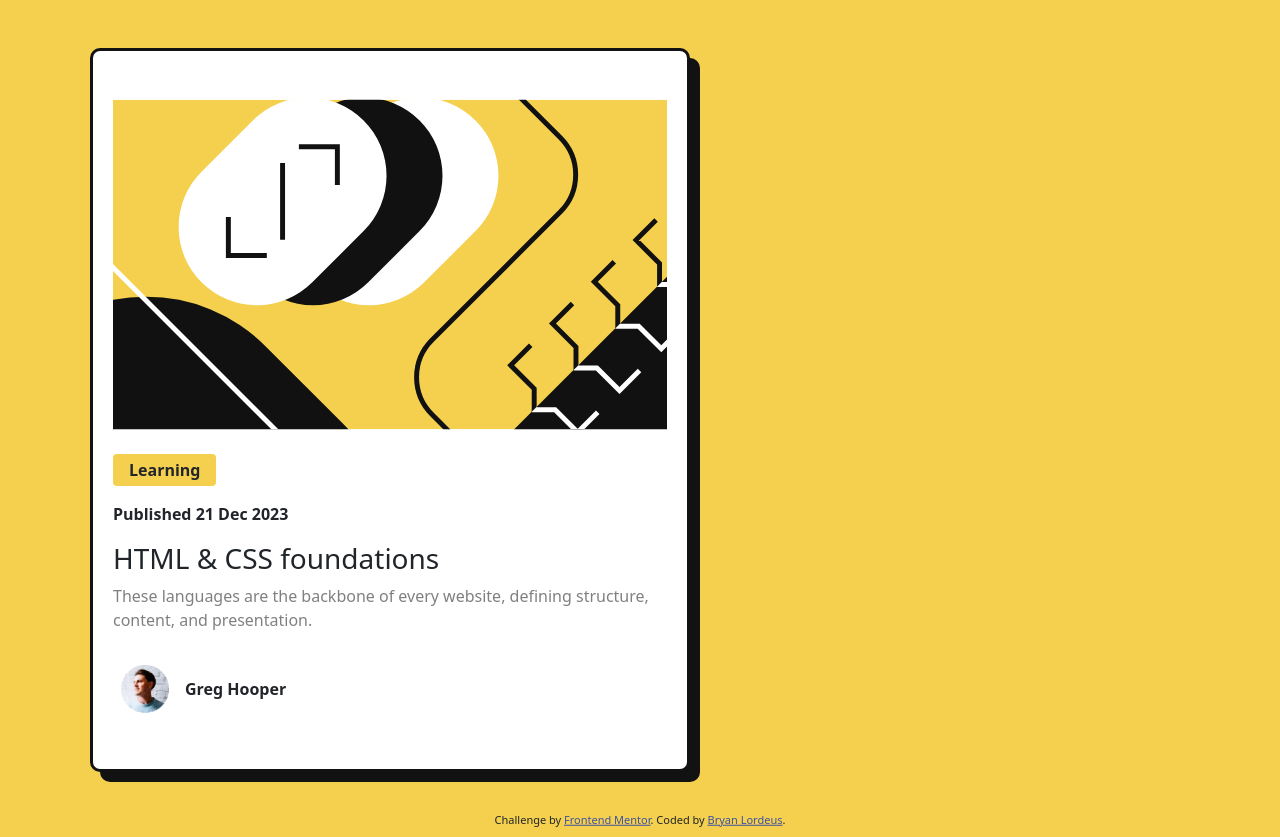
Repository: blordeus/blog-preview-card
Page: index.html
The author's editor kept a copy of each file at every save. The page is drawn from the files as they stood at one save, then again after a run of saves.
The browser window is 1280 px wide. The pictures show the whole page.
The style sheet was rebuilt from its Sass, Less or Tailwind sources for each picture, by a compiler version that may differ from the author's.

Above is the page before, as saved 2024-02-10 10:52:49.

### index.html
<!DOCTYPE html>
<html lang="en">
<head>
  <meta charset="UTF-8">
  <meta name="viewport" content="width=device-width, initial-scale=1.0"> <!-- displays site properly based on user's device -->

  <link rel="icon" type="image/png" sizes="32x32" href="./assets/images/favicon-32x32.png">
  <link rel="stylesheet" href="style.css">
  <link href="https://cdn.jsdelivr.net/npm/bootstrap@5.1.3/dist/css/bootstrap.min.css" rel="stylesheet" integrity="sha384-1BmE4kWBq78iYhFldvKuhfTAU6auU8tT94WrHftjDbrCEXSU1oBoqyl2QvZ6jIW3" crossorigin="anonymous">
  <title>Frontend Mentor | Blog preview card</title>

</head>
<body class="yellow-bg container">
<main class=" white-bg black-shadow row py-4 px-2 mx-2 my-5 py-md-5 grid grid-rows-4 justify-items-center align-content-start">
    <img class="img-header" src="assets\images\illustration-article.svg" alt="header image">
    <div class="mt-4">
      <p class="yellow-bg d-inline-block px-3 py-1 rounded fw-bold">Learning</p>
    </div>

    <p class="fw-bold">Published 21 Dec 2023</p>

    <h1 class="h3">HTML & CSS foundations</h1>

    <p class="grey-text">These languages are the backbone of every website, defining structure, content, and presentation.</p>

    <div class="d-flex gap-2 pt-2 align-items-center">
      <img class="greg" src="assets\images\image-avatar.webp" alt="author image">
      <p class="mt-3 fw-bold">Greg Hooper</p>
    </div>

</main>
<div class="attribution d-none d-sm-block translate-middle-y">
    Challenge by <a href="https://www.frontendmentor.io?ref=challenge" target="_blank">Frontend Mentor</a>.
    Coded by <a href="www.bryanlordeus.com">Bryan Lordeus</a>.
  </div>
</body>
</html>

### style.scss
@font-face {
    font-family: Figtree;
    src: url(./assets/fonts/Figtree-VariableFont_wght.ttf);
}

@font-face {
    font-family: Figtree-Italic;
    src: url(./assets/fonts/Figtree-Italic-VariableFont_wght.ttf) format("truetype");
    font-style: italic;
}

// Primary

$Yellow: hsl(47, 88%, 63%);

// Neutral

$White: hsl(0, 0%, 100%);
$Grey: hsl(0, 0%, 50%);
$Black: hsl(0, 0%, 7%);

body {
    font-family: Figtree;
}

main{
    border-radius: 10px;
}

.rounded-edges {
    border-radius: 5%;
}

p {
    font-size: 16px;
}


.yellow-bg {
    background-color: $Yellow;

}

.black-bg {
    background-color: $Black;
}

//create a black shadow for the box that offsets to the right and bottom

.black-shadow {
    box-shadow: 10px 10px 0px $Black;
    border: 1px solid $Black;
}

.grey-text {
    color: $Grey;
}

.white-bg {
    background-color: $White;
}

.black-text {
    color: $Black;
}

.greg {
    scale: 0.75;
}

.attribution { font-size: 11px; text-align: center; }
.attribution a { color: hsl(228, 45%, 44%); }

//media query for desktop

@media (min-width: 768px) {
    .black-shadow {
        box-shadow: 10px 10px 0px $Black;
        border: 3px solid $Black;
    }

    .img-header {
        max-width: 100%;
    }

    //reduce main box size and center it to screen

    main {
        max-width: 600px;
        margin: 0 auto;
        padding: 20px;
    }

}

After the next 6 saves:
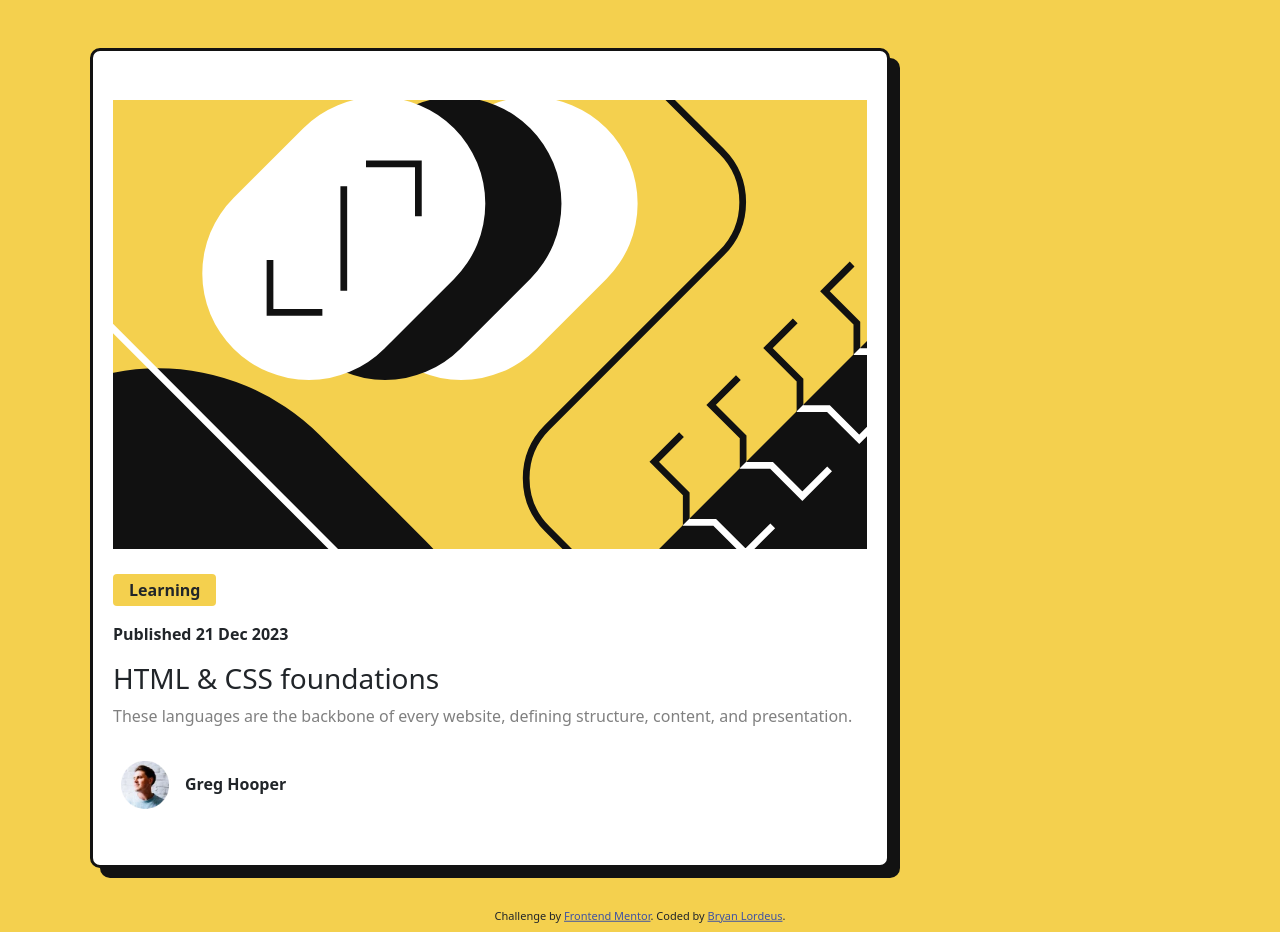
The 6 saves are shown as one change because they came seconds apart.
The last was saved 17 s later.
--- a/style.scss
+++ b/style.scss
@@ -86,9 +86,8 @@
     //reduce main box size and center it to screen
 
     main {
-        max-width: 600px;
-        margin: 0 auto;
-        padding: 20px;
+        max-width: 800px;
+        margin: auto;
     }
 
 }

After the save that followed:
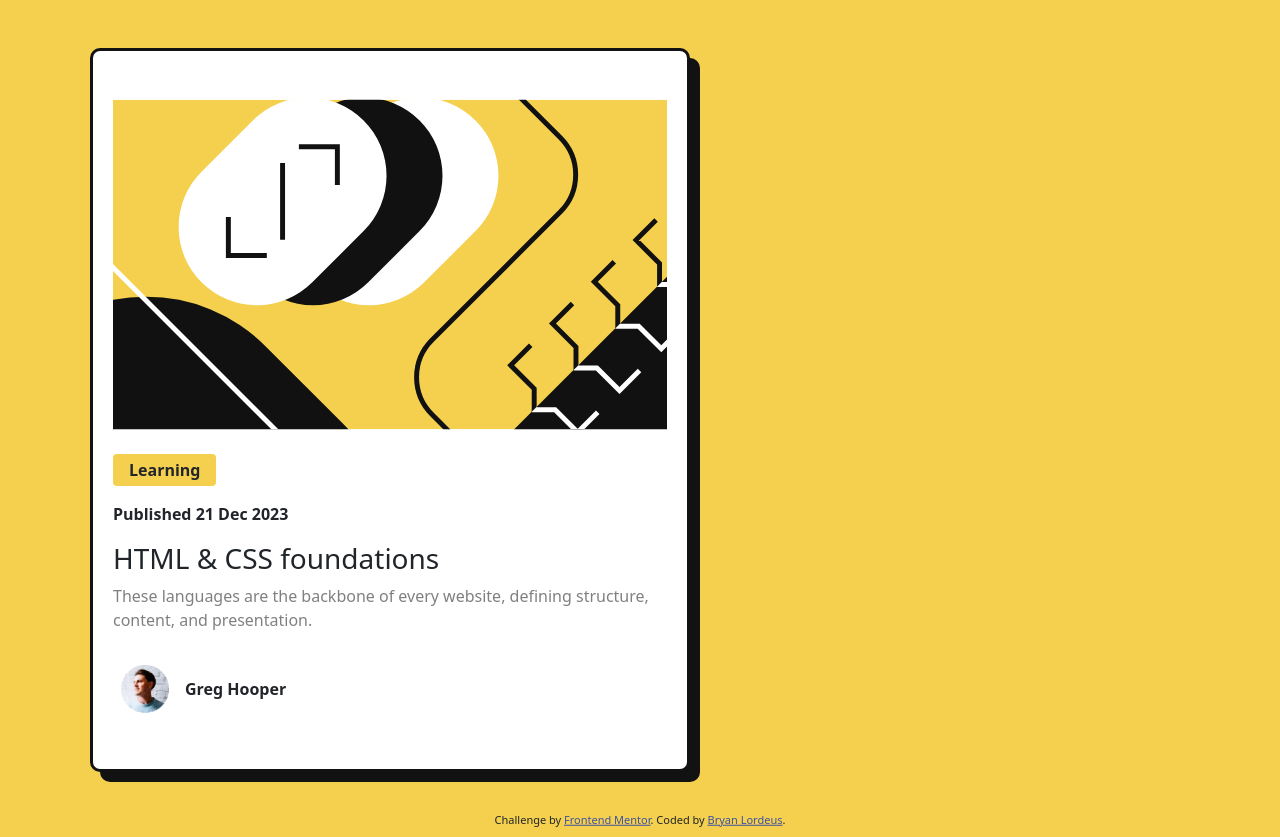
Saved 4 s later.
--- a/style.scss
+++ b/style.scss
@@ -86,7 +86,7 @@
     //reduce main box size and center it to screen
 
     main {
-        max-width: 800px;
+        max-width: 600px;
         margin: auto;
     }
 
